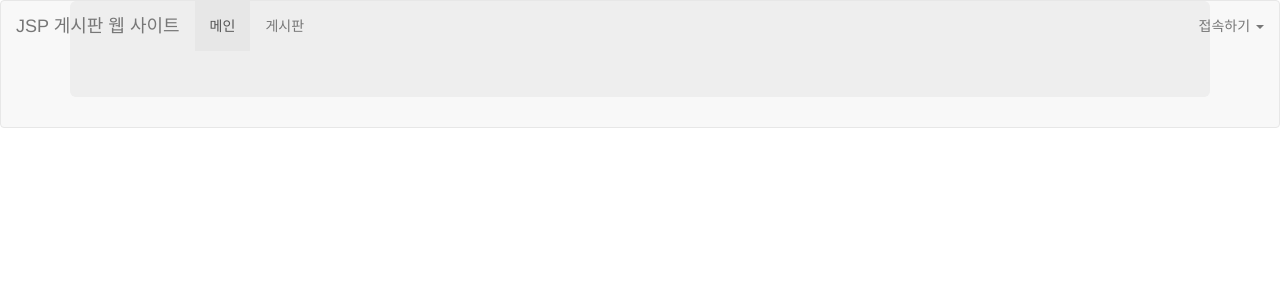
Repository: TheChok/BbsClone
Page: http://localhost/BBS/main.jsp
An editor plug-in stored every save of this project. The page is shown before and after the next save, followed by the edit.
The browser window is 1280 px wide. The pictures show the whole page.
Some web libraries are served in a nearby version. The page is served by Tomcat 9.

Above is the page before, as saved 2023-09-21 18:33:54.

After the next save:
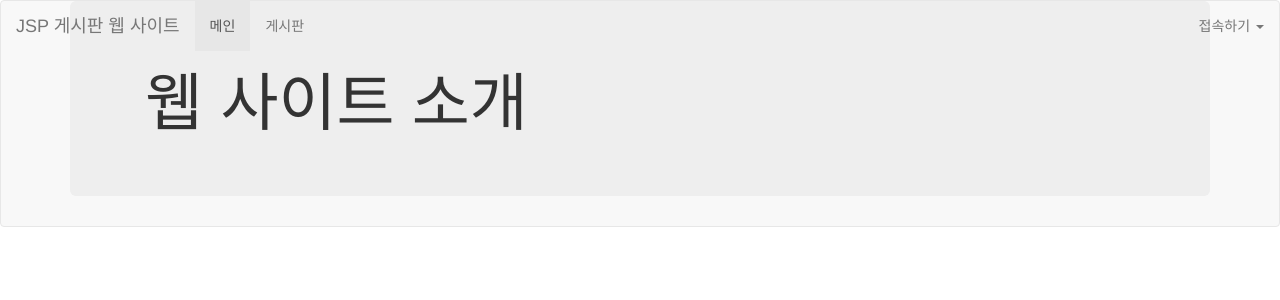
Saved 14 s later.
--- a/BBS/src/main/webapp/main.jsp
+++ b/BBS/src/main/webapp/main.jsp
@@ -73,8 +73,8 @@
 
 			<div class="container">
 				<div class="jumbotron">
-					<div>
-
+					<div class="container">
+						<h1>웹 사이트 소개</h1>
 					</div>
 				</div>
 			</div>
